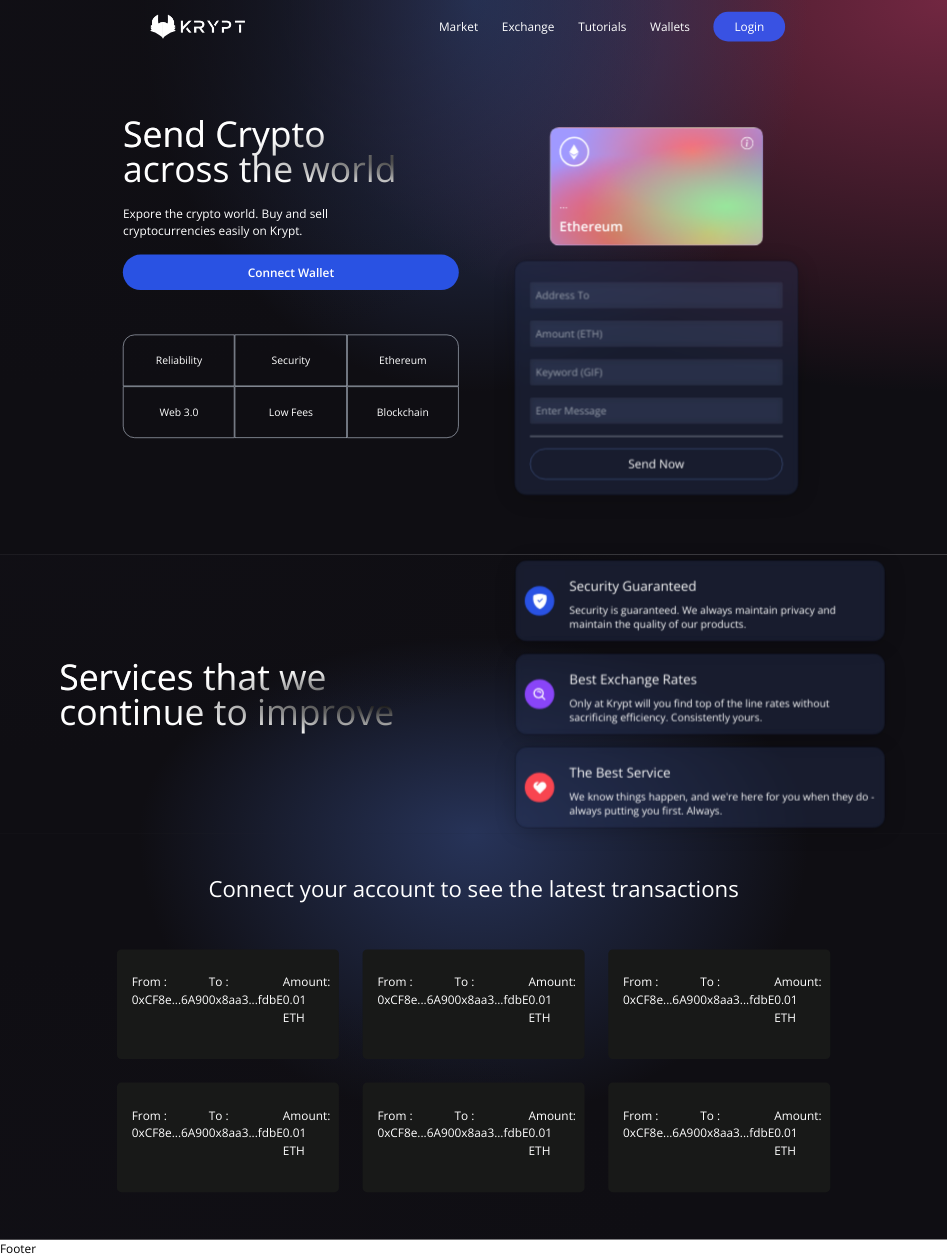
Repository: stephan-chiorean/krypt
Page: / (app in client/)
The author's editor kept a copy of each file at every save. The page is drawn from the files as they stood at one save, then again after the next save.
The browser window is 1280 px wide. The pictures show the whole page, at 74% of full size.
The project was rebuilt for these pictures with package versions that can differ from the ones it lists, and the page was loaded fresh each time. Also part of the build but not shown: client/vite.config.js, client/src/components/Loader.jsx.

Above is the page before, as saved 2023-03-29 21:01:53.

### client/src/main.jsx
import React from 'react'
import ReactDOM from 'react-dom/client'
import App from './App'
import {TransactionProvider} from './context/TransactionContext';
import './index.css'

ReactDOM.createRoot(document.getElementById('root')).render(
  <TransactionProvider>
  <React.StrictMode>
    <App />
  </React.StrictMode>
  </TransactionProvider>,
)

### client/src/App.jsx
import {Navbar, Welcome, Footer, Services, Transactions} from './components';

const App = () => {

  return (
    <div className="min-h-screen">
      <div className="gradient-bg-welcome">
        <Navbar/>
        <Welcome/>
      </div>
      <Services/>
      <Transactions/>
      <Footer/>
    </div>
  )
}

export default App

### client/src/context/TransactionContext.jsx
import React, { useState, useEffect } from 'react';
import * as ethers from 'ethers';
import { contractABI, contractAddress } from '../utils/constants';
import toast from 'react-hot-toast';

export const TransactionContext = React.createContext();

const { ethereum } = window;

const getEthereumContract = () => {
    console.log(ethers)
  const provider = new ethers.providers.Web3Provider(ethereum);
  const signer = provider.getSigner();
  const transactionContract = new ethers.Contract(
    contractAddress,
    contractABI,
    signer
  );

  return transactionContract;

//   console.log({
//     provider,
//     signer,
//     transactionContract,
//   });
};

export const TransactionProvider = ({ children }) => {
  const [connectedAccount, setConnectedAccount] = useState('');
  const [formData, setFormData] = useState({ addressTo: '', amount: 0, keyword: '', message: ''});
  const [isLoading, setIsLoading] = useState(false);
  const [transactionCount, setTransactionCount] = useState(localStorage.getItem('transactionCount'));

  const handleChange = (e, name) => {
    setFormData((prevState) => ({...prevState, [name]: e.target.value}));
  }

  const checkIfWalletIsConnected = async () => {
    try {
      if (!ethereum) return alert('Please install metamask');

      const accounts = await ethereum.request({ method: 'eth_accounts' });
      if (accounts.length) {
        setConnectedAccount(accounts[0]);
      } else {
        console.log('No accounts found');
      }
      console.log(accounts);
    } catch (err) {
      console.error(err);
      throw new Error('No ethereum object');
    }
  };
  const disconnectWallet = async () => {
    setConnectedAccount('')
    console.log('DISCONNECTED');
    window.location.reload();
  }

  const connectWallet = async () => {
    try {
      if (!ethereum) return alert('Please install metamask');

      // Display loading toast
      const loadingToast = toast.loading('Connecting...');

      const accounts = await ethereum.request({
        method: 'eth_requestAccounts',
      });

      setConnectedAccount(accounts[0]);
      console.log('CONNECTED', connectedAccount);

      // Dismiss loading toast and show a success toast
      toast.dismiss(loadingToast);
      toast.success('Connected successfully');
    } catch (err) {
      console.error(err);
      // Dismiss loading toast and show an error toast
      toast.dismiss(loadingToast);
      toast.error('Error connecting to wallet');
      throw new Error('No ethereum object.');
    }
  };


  const sendTransaction = async() => {
    try {
        if(!ethereum) return alert("Please install metamask");
        const {addressTo, amount, keyword, message} = formData;
        const transactionContract = getEthereumContract();
        const parsedAmount = ethers.utils.parseEther(amount);

        await ethereum.request({
            method: 'eth_sendTransaction',
            params: [{
                from: connectedAccount,
                to: addressTo,
                gas: '0x5208', //21000 gwei
                value: parsedAmount._hex,
            }]
        })

        const transactionHash = await transactionContract.addToBlockchain(addressTo, parsedAmount, message, keyword);
        setIsLoading(true);
        console.log(`Loading - ${transactionHash.hash}`);
        await transactionHash.wait();
        setIsLoading(false);
        console.log(`Success - ${transactionHash.hash}`)

        const transactionCount = await transactionContract.getTransactionCount();
        setTransactionCount(transactionCount.toNumber())


    } catch(err) {
        console.error(err);
    }
  }

  useEffect(() => {
    // checkIfWalletIsConnected();
    console.log("PRINT WHEN LOAD", connectedAccount)
  }, [connectedAccount]);
  return (
    <TransactionContext.Provider value={{ connectWallet, connectedAccount, formData, setFormData, handleChange, sendTransaction, disconnectWallet }}>
      {children}
    </TransactionContext.Provider>
  );
};

### client/src/components/index.js
export {default as Loader} from './Loader';
export {default as Navbar} from './Navbar';
export {default as Footer} from './Footer';
export {default as Welcome} from './Welcome';
export {default as Transactions} from './Transactions';
export {default as Services} from './Services';

### client/src/utils/constants.js
import abi from './Transactions.json';

export const contractABI = abi.abi;
export const contractAddress = '0x48d319b761e733246BF575C86d399bB8EDdA6dEf';

### client/src/components/Navbar.jsx
import { HiMenuAlt4 } from 'react-icons/hi';
import { AiOutlineClose } from 'react-icons/ai';
import { useState } from 'react';
import { useContext } from 'react';
import logo from '../../images/logo.png';
import { TransactionContext } from '../context/TransactionContext';

const NavbarItem = ({ title, classProps }) => {
  return <li className={`mx-4 cursor-pointer ${classProps}`}>{title}</li>;
};
export default () => {
  const [toggleMenu, setToggleMenu] = useState(false);
  const {disconnectWallet, connectedAccount} = useContext(TransactionContext);
  return (
    <nav className='w-full flex md:justify-center justify-between items-center p-4'>
      <div className='md:flex-[0.5] flex-initial justify-center items-center'>
        <img src={logo} alt='logo' className='w-32 cursor-pointer' />
      </div>
      <ul className='text-white md:flex hidden list-none flex-row justify-between items-center flex-initial'>
        {['Market', 'Exchange', 'Tutorials', 'Wallets'].map((item, index) => (
          <NavbarItem key={item + index} title={item} />
        ))}
        <li onClick={disconnectWallet} className='bg-[#3952e3] py-2 px-7 mx-4 rounded-full cursor-pointer hover:bg-[#2546bd]'>
          {connectedAccount ? "Sign Out" : "Login"}
        </li>
      </ul>
      <div className='flex relative'>
        {toggleMenu ? (
          <AiOutlineClose
            fontSize={28}
            className='text-white md:hidden cursor-pointer'
            onClick={() => setToggleMenu(false)}
          />
        ) : (
          <HiMenuAlt4
            fontSize={28}
            className='text-white md:hidden cursor-pointer'
            onClick={() => setToggleMenu(true)}
          />
        )}
        {toggleMenu && (
          <ul className="z-10 fixed top-0 -right-2 p-3 w-[70vw] h-screen shadow-2xl md:hidden list-none flex flex-col justify-start items-end rounded-md blue-glassmorphism text-white animate-slide-in">
            <li className='text-xl w-full my-2'>
              <AiOutlineClose onClick={() => setToggleMenu(false)} className="cursor-pointer"/>
            </li>
            {['Market', 'Exchange', 'Tutorials', 'Wallets'].map(
              (item, index) => (
                <NavbarItem key={item + index} title={item} classProps="my-2 text-lg"/>
              )
            )}
          </ul>
        )}
      </div>
    </nav>
  );
};

### client/src/components/Footer.jsx
import React from 'react'

export default() => {
  return (
    <div>Footer</div>
  )
}

### client/src/components/Welcome.jsx
import { AiFillPlayCircle } from 'react-icons/ai';
import { SiEthereum } from 'react-icons/si';
import { BsInfoCircle } from 'react-icons/bs';
import { TransactionContext } from '../context/TransactionContext';
import React, { useContext } from 'react';
import { Loader } from './';
import {Toaster} from 'react-hot-toast';
import { shortenAddress } from '../utils/shortenAddress';
const commonStyles =
  'min-h-[70px] sm:px-0 px-2 sm:min-w-[120px] flex justify-center items-center border-[0.5px] border-gray-400 text-sm font-light text-white';

const Input = ({ placeholder, name, type, value, handleChange }) => (
  <input
    placeholder={placeholder}
    type={type}
    step='0.0001'
    value={value}
    onChange={(e) => handleChange(e, name)}
    className='my-2 w-full rounded-sm p-2 outline-none text-white border-none text-sm white-glassmorphism'
  />
);
export default () => {
  const {
    connectWallet,
    connectedAccount,
    formData,
    sendTransaction,
    handleChange,
    disconnectWallet,
  } = useContext(TransactionContext);
  const handleSubmit = (e) => {
    const { addressTo, amount, keyword, message } = formData;
    e.preventDefault();

    if (!addressTo || !amount || !keyword || !message) return;
    sendTransaction();
  };
  return (
    <div className='flex w-full justify-center items-center'>
      <Toaster/>
      <div className='flex md:flex-row flex-col items-start justify-between md:p-20 py-12 px-4'>
        <div className='flex flex-1 justify-start flex-col md:mr-10'>
          <h1 className='text-3xl sm:text-5xl text-white text-gradient py-1'>
            Send Crypto <br /> across the world
          </h1>
          <p className='text-left mt-5 text-white font-light md:w-9/12 w-11/12 text-base'>
            Expore the crypto world. Buy and sell cryptocurrencies easily on
            Krypt.
          </p>
          {!connectedAccount && (
            <button
              type='button'
              onClick={connectWallet}
              className='flex flex-row justify-center items-center my-5 bg-[#2952e3] p-3 rounded-full cursor-pointer hover:bg-[#2546bd]'
            >
              <p className='text-white text-base font-semibold'>
                Connect Wallet
              </p>
            </button>
          )}

          <div className='grid sm:grid-cols-3 grid-cols-2 w-full mt-10'>
            <div className={`rounded-tl-2xl ${commonStyles}`}>Reliability</div>
            <div className={commonStyles}>Security</div>
            <div className={`sm:rounded-tr-2xl ${commonStyles}`}>Ethereum</div>
            <div className={`sm:rounded-bl-2xl ${commonStyles}`}>Web 3.0</div>
            <div className={commonStyles}>Low Fees</div>
            <div className={`rounded-br-2xl ${commonStyles}`}>Blockchain</div>
          </div>
        </div>

        <div className='flex flex-col flex-1 items-center justify-start w-full md:mt-0 mt-10'>
          <div className='p-3 justify-end items-start flex-col rounded-xl h-40 sm:w-72 w-full my-5 eth-card white-glassmorphism'>
            <div className='flex justify-between flex-col w-full h-full'>
              <div className='flex justify-between items-start'>
                <div className='w-10 h-10 rounded-full border-2 border-white flex justify-center items-center'>
                  <SiEthereum fontSize={21} color='#fff' />
                </div>
                <BsInfoCircle fontSize={17} color='#fff' />
              </div>
              <div>
                <p className='text-white font-light text-sm'>
                  {shortenAddress(connectedAccount)}
                </p>
                <p className='text-white font-semibold text-lg mt-1'>
                  Ethereum
                </p>
              </div>
            </div>
          </div>

          <div className='p-5 sm:w-96 w-full flex flex-col justify-start items-center blue-glassmorphism'>
            <Input
              placeholder='Address To'
              name='addressTo'
              type='text'
              handleChange={handleChange}
            />
            <Input
              placeholder='Amount (ETH)'
              name='amount'
              type='number'
              handleChange={handleChange}
            />
            <Input
              placeholder='Keyword (GIF)'
              name='keyword'
              type='text'
              handleChange={handleChange}
            />
            <Input
              placeholder='Enter Message'
              name='message'
              type='text'
              handleChange={handleChange}
            />
            <div className='h-[1px] w-full bg-gray-400 my-2' />
            {false ? (
              <Loader />
            ) : (
              <button
                type='submit'
                onClick={handleSubmit}
                className='text-white w-full mt-2 border-[1px] p-2 border-[#3d4f7c] rounded-full cursor-pointer'
              >
                Send Now
              </button>
            )}
          </div>
        </div>
      </div>
    </div>
  );
};

### client/src/components/Transactions.jsx
import React from 'react'
import { useContext } from 'react';
import { TransactionContext } from '../context/TransactionContext';
import dummyData from '../utils/dummyData';
import { shortenAddress } from '../utils/shortenAddress';
const TransactionCard = ({addressTo, addressFrom, timestamp, message, keyword, amount, url}) => (
  <div className="bg-[#181918] m-4 flex flex-1 2xl:min-w-[450px] 2xl:max-w-[500px] sm:min-w-[270px] sm:max-w-[300px] flex-col p-3 rounded-md hover:shadow-2xl">
    <div className="flex flex-col items-center w-full mt-3">
      <div className="flex justify-start w-full mb-6 p-2">
        <a href={`https://sepolia.etherscan.io/address/${addressFrom}`} target="_blank" rel="noopener noreferrer">
          <p className="text-white text-base">From : {shortenAddress(addressFrom)}</p>
        </a>
        <a href={`https://sepolia.etherscan.io/address/${addressTo}`} target="_blank" rel="noopener noreferrer">
          <p className="text-white text-base">To : {shortenAddress(addressTo)}</p>
        </a>
        <p className="text-white text-base">
          Amount: {amount} ETH
        </p>
      </div>
    </div>

  </div>

)
export default() => {
  const {connectedAccount} = useContext(TransactionContext);
  return (
    <div className="flex w-full justify-center items-center 2xl:px-20 gradient-bg-transactions">
      <div className="flex flex-col md:p-12 py-12 px-4">
        {connectedAccount ? (
          <h3 className="text-white text-3xl text-center my-2">Latest Transactions</h3>
        ) : (
          <h3 className="text-white text-3xl text-center my-2">Connect your account to see the latest transactions</h3>
        )}
        <div className="flex flex-wrap justify-center items-center mt-10">
        {dummyData.reverse().map((transaction,index) => (
          <TransactionCard key={index} {...transaction} />
        ))}
        </div>
        {/* Latest Transactions */}
        {/* Connect your account to see latest transactions */}

      </div>
    </div>
  )
}

### client/src/components/Services.jsx
import React from 'react';
import { BsShieldFillCheck } from 'react-icons/bs';
import { BiSearchAlt } from 'react-icons/bi';
import { RiHeart2Fill } from 'react-icons/ri';

const ServiceCard = ({color, title, icon, subtitle}) => (
  <div className='flex flex-row md:w-[500px] justify-start items-center p-3 m-2 cursor-pointer blue-glassmorphism'>
    <div className={`w-10 h-10 rounded-full flex justify-center items-center ${color}`}>
      {icon}
    </div>
    <div className="ml-5 flex flex-col flex-1">
      <h1 className="mt-2 text-white text-lg">{title}</h1>
      <p className="mt-2 text-white text-sm">{subtitle}</p>
    </div>
  </div>
);
export default () => {
  return (
    <div className='flex flex-col md:flex-row w-full justify-center items-center gradient-bg-services'>
      <div className='flex md:flex-row flex-col items-center justify-between md:p-20 py-12 px-4'>
        <div className='flex-1 flex flex-col justify-start items-start'>
          <h1 className='text-white text-3xl sm:text-5xl py-2 text-gradient'>
            Services that we
            <br />
            continue to improve
          </h1>
        </div>
      </div>
      <div className='flex-1 flex flex-col justify-start items-center'>
        <ServiceCard
          color='bg-[#2952e3]'
          title='Security Guaranteed'
          icon={<BsShieldFillCheck fontSize={21} className='text-white' />}
          subtitle="Security is guaranteed. We always maintain privacy and maintain the quality of our products."
        />
        <ServiceCard
          color='bg-[#8945f8]'
          title='Best Exchange Rates'
          icon={<BiSearchAlt fontSize={21} className='text-white' />}
          subtitle="Only at Krypt will you find top of the line rates without sacrificing efficiency. Consistently yours."
        />
        <ServiceCard
          color='bg-[#f84550]'
          title='The Best Service'
          icon={<RiHeart2Fill fontSize={21} className='text-white' />}
          subtitle="We know things happen, and we're here for you when they do - always putting you first. Always."
        />
      </div>
    </div>
  );
};

### client/src/utils/shortenAddress.js
export const shortenAddress = (address) => `${address.slice(0,6)}...${address.slice(address.length-4)}`

### client/src/utils/dummyData.js
export default [
    {
      id: 1,
      url: "https://metro.co.uk/wp-content/uploads/2015/05/pokemon_crying.gif?quality=90&strip=all&zoom=1&resize=500%2C284",
      message: "",
      timestamp: "12/21/2021, 4:33:21 PM",
      addressFrom: "0xCF8e569A97C423952DdFf902375C7C76549A6A90",
      amount: "0.01",
      addressTo: "0x8aa395Ab97837576aF9cd6946C79024ef1acfdbE",
    },
    {
      id: 2,
      url: "https://media4.popsugar-assets.com/files/2013/11/07/832/n/1922398/eb7a69a76543358d_28.gif",
      message: "",
      timestamp: "12/21/2021, 4:33:21 PM",
      addressFrom: "0xCF8e569A97C423952DdFf902375C7C76549A6A90",
      amount: "0.01",
      addressTo: "0x8aa395Ab97837576aF9cd6946C79024ef1acfdbE",
    },
    {
      id: 3,
      url: "https://acegif.com/wp-content/uploads/gif-shaking-head-38.gif",
      message: "",
      timestamp: "12/21/2021, 4:33:21 PM",
      addressFrom: "0xCF8e569A97C423952DdFf902375C7C76549A6A90",
      amount: "0.01",
      addressTo: "0x8aa395Ab97837576aF9cd6946C79024ef1acfdbE",
    },
    {
      id: 4,
      url: "https://i.pinimg.com/originals/68/a0/9e/68a09e774e98242871c2db0f99307420.gif",
      message: "",
      timestamp: "12/21/2021, 4:33:21 PM",
      addressFrom: "0xCF8e569A97C423952DdFf902375C7C76549A6A90",
      amount: "0.01",
      addressTo: "0x8aa395Ab97837576aF9cd6946C79024ef1acfdbE",
    },
    {
      id: 5,
      url: "https://i.pinimg.com/originals/73/d3/a1/73d3a14d212314ab1f7268b71d639c15.gif",
      message: "",
      timestamp: "12/21/2021, 4:33:21 PM",
      addressFrom: "0xCF8e569A97C423952DdFf902375C7C76549A6A90",
      amount: "0.01",
      addressTo: "0x8aa395Ab97837576aF9cd6946C79024ef1acfdbE",
    },
    {
      id: 6,
      url: "https://www.omnisend.com/blog/wp-content/uploads/2016/09/funny-gifs-9.gif",
      message: "",
      timestamp: "12/21/2021, 4:33:21 PM",
      addressFrom: "0xCF8e569A97C423952DdFf902375C7C76549A6A90",
      amount: "0.01",
      addressTo: "0x8aa395Ab97837576aF9cd6946C79024ef1acfdbE",
    },
  ];

Loaded but not shown: client/index.html (common file); client/src/index.css (common file); client/tailwind.config.js (common file); client/src/utils/Transactions.json (140 lines, source omitted)

After the next save:
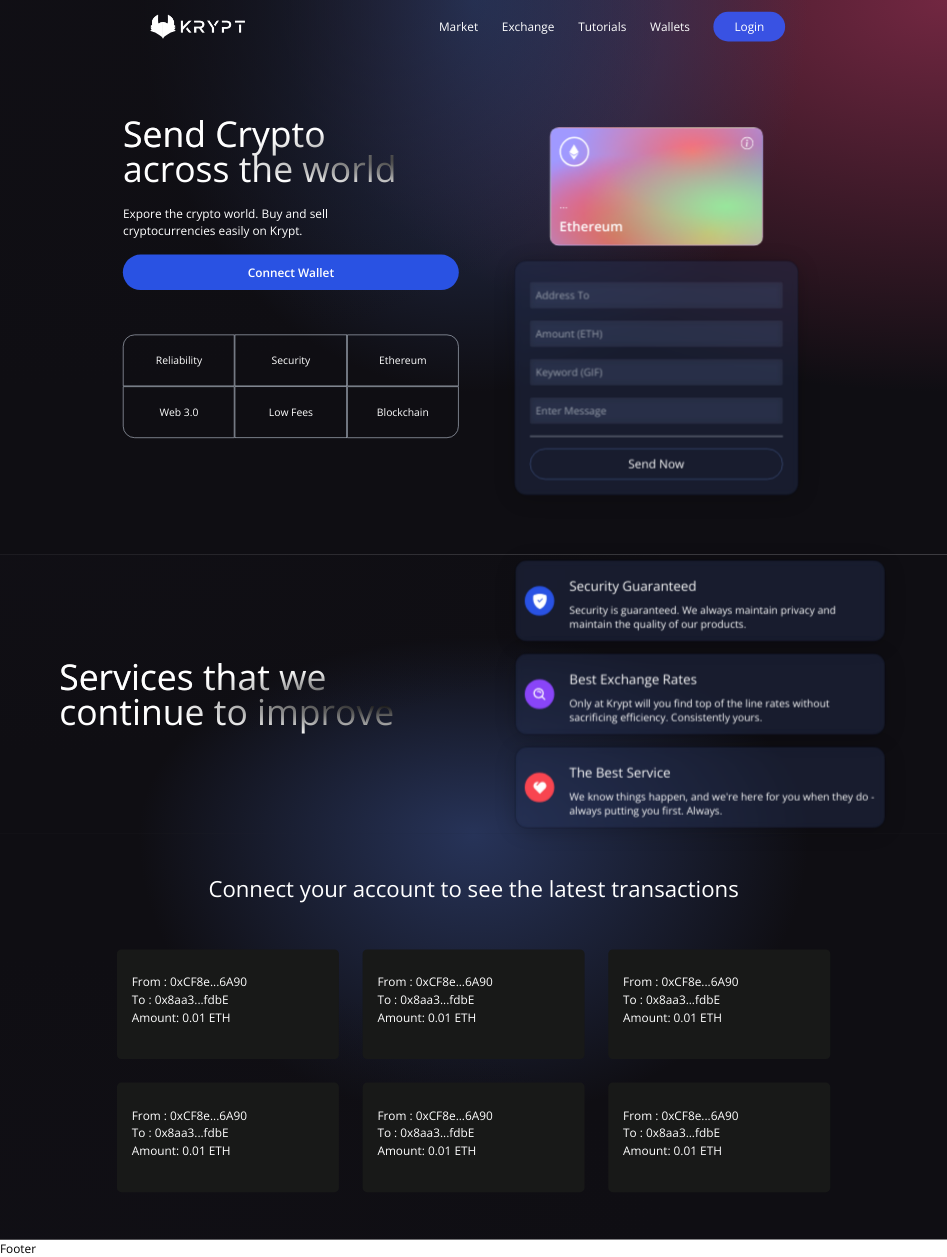
Saved 15 s later.
--- a/client/src/components/Transactions.jsx
+++ b/client/src/components/Transactions.jsx
@@ -6,7 +6,7 @@ import { shortenAddress } from '../utils/shortenAddress';
 const TransactionCard = ({addressTo, addressFrom, timestamp, message, keyword, amount, url}) => (
   <div className="bg-[#181918] m-4 flex flex-1 2xl:min-w-[450px] 2xl:max-w-[500px] sm:min-w-[270px] sm:max-w-[300px] flex-col p-3 rounded-md hover:shadow-2xl">
     <div className="flex flex-col items-center w-full mt-3">
-      <div className="flex justify-start w-full mb-6 p-2">
+      <div className="justify-start w-full mb-6 p-2">
         <a href={`https://sepolia.etherscan.io/address/${addressFrom}`} target="_blank" rel="noopener noreferrer">
           <p className="text-white text-base">From : {shortenAddress(addressFrom)}</p>
         </a>
